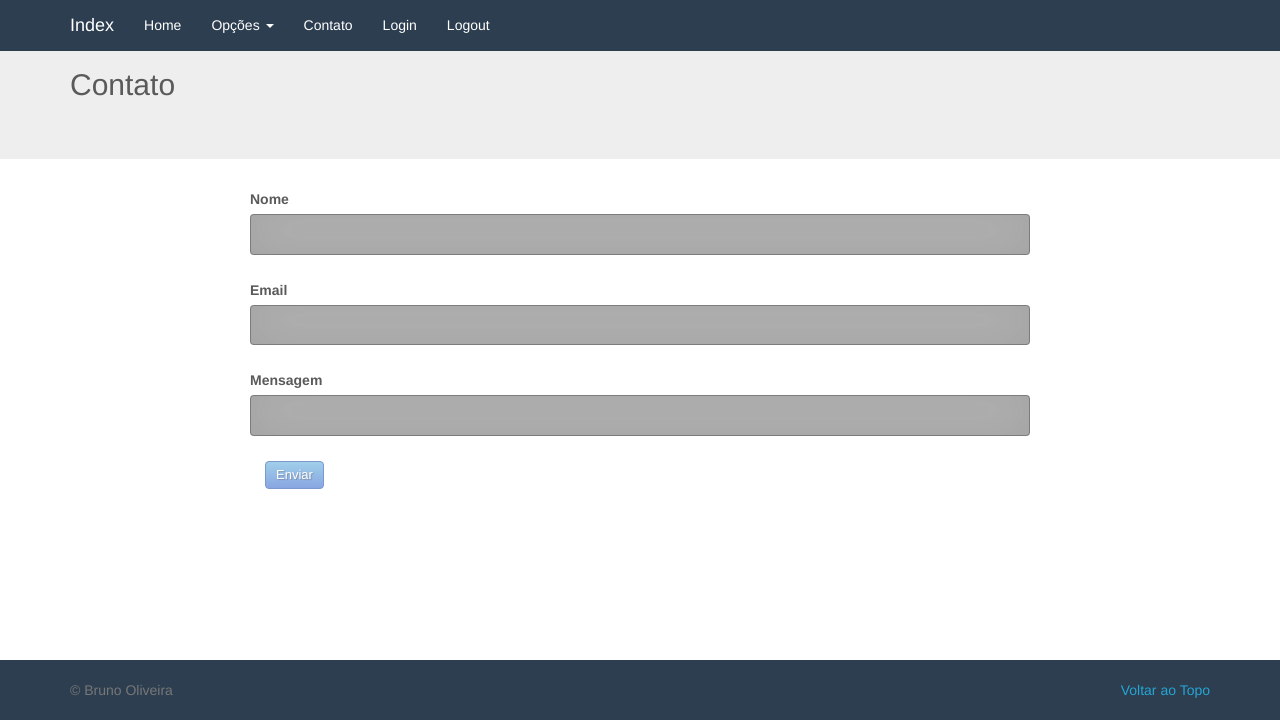
Repository: brunoOliveira12/Fatec
Page: http://localhost/phpmail/View/contato.php
An editor plug-in stored every save of this project. The page is shown before and after the next save, followed by the edit.
The browser window is 1280 px wide. The pictures show the whole page.
The page is run by PHP 8.4 with error messages shown; the project is at /var/www/html/. The session is filled in as if someone had signed in: {"autenticado": "false", "email": "test@example.com", "senha": 1}.

Above is the page before, as saved 2019-06-08 15:28:48.

After the next save:
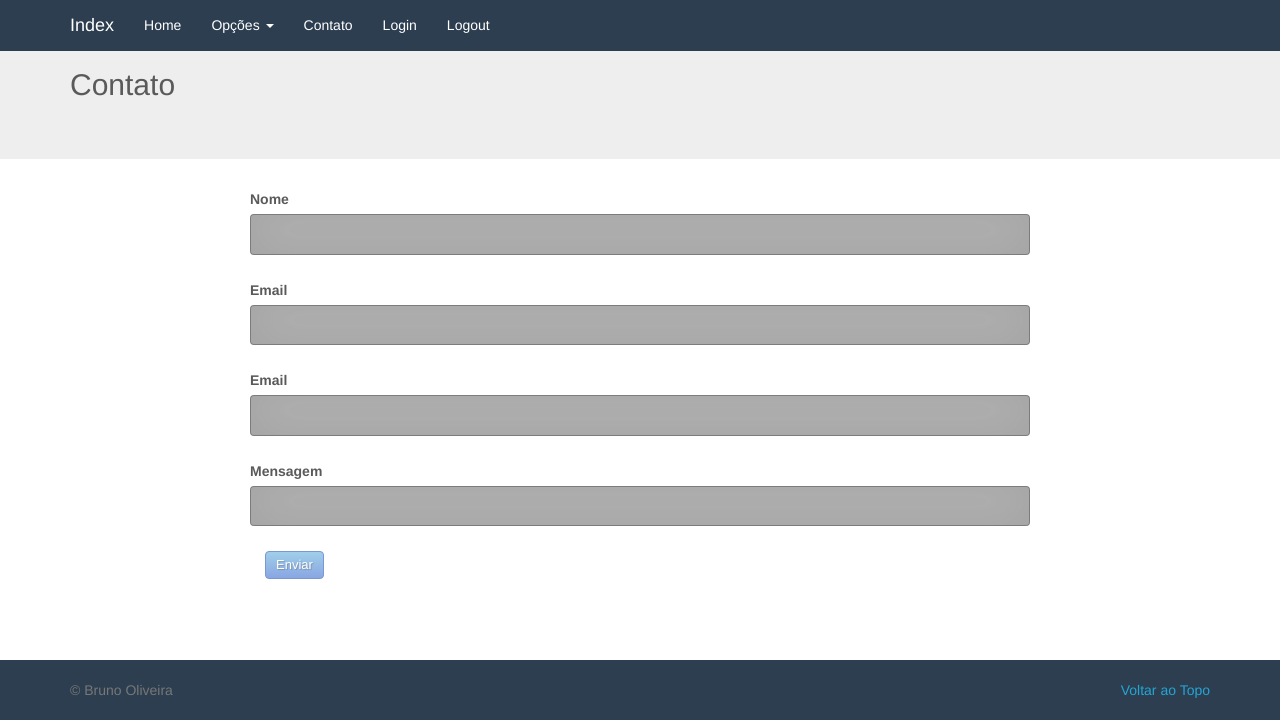
Saved 9 min 46 s later.
--- a/php/cantina/CRUDPHP/View/contato.php
+++ b/php/cantina/CRUDPHP/View/contato.php
@@ -31,6 +31,10 @@
                             </div>
                             <div class="form-group">
                                 <label for="email">Email</label>
+                                <input name="email" type="email" required>
+                            </div>
+                            <div class="form-group">
+                                <label for="senha">Email</label>
                                 <input name="email" type="email" required>
                             </div>
                             <div class="form-group">
